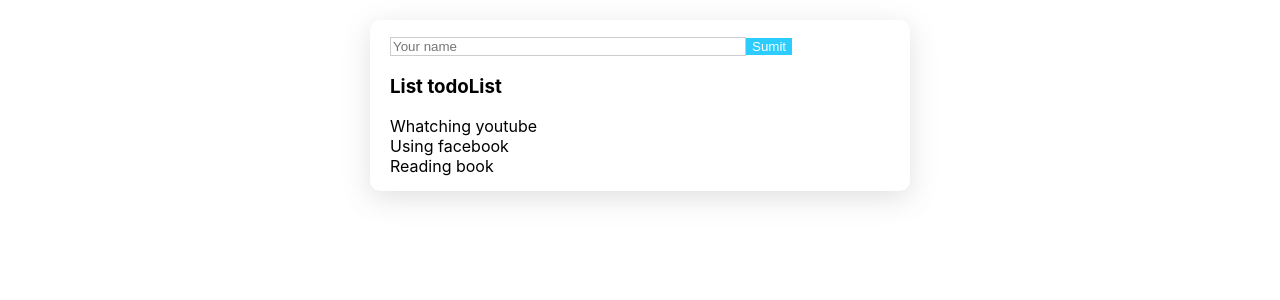
Repository: hoang0508/ReactJsHoiDanIT
Page: /
An editor plug-in stored every save of this project. The page is shown before and after the next save, followed by the edit.
The browser window is 1280 px wide. The pictures show the whole page.
The project was rebuilt for these pictures with package versions that can differ from the ones it lists, and the page was loaded fresh each time. Also part of the build but not shown: src/App.css.

Above is the page before, as saved 2022-02-04 16:20:32.

### src/App.js
// import logo from "./logo.svg";
import "./App.css";
import TodoList from "./components/TodoApp/TodoList";

const App = () => {
  return <TodoList />;
};

export default App;

### src/components/TodoApp/TodoList.js
import React, { useState } from "react";
import "./TodoList.scss";
const TodoList = () => {
  const [nameTodo, setNameTodo] = useState("");
  const [listTodo, setListTodo] = useState([
    {
      id: 1,
      name: "Whatching youtube",
    },
    {
      id: 2,
      name: "Using facebook",
    },
    {
      id: 3,
      name: "Reading book",
    },
  ]);
  console.log(">> check data:", listTodo);
  const handleChangeTodo = (e) => {
    setNameTodo(e.target.value);
  };
  const handleClickTodo = (e) => {
    let todoItem = {
      id: Math.floor(Math.random() * 1000),
      name: nameTodo,
    };
    setListTodo([...listTodo, todoItem]);
  };
  return (
    <>
      <div className="todo">
        <form>
          <input
            className="todo-input"
            type="text"
            placeholder="Your name"
            // value={nameTodo}
            onChange={(e) => handleChangeTodo(e)}
          />
          <button
            className="todo-btn"
            type="button"
            onClick={(e) => handleClickTodo(e)}
          >
            Sumit
          </button>
        </form>
        <div>
          <h3 className="todo-list">List todoList</h3>
          {listTodo &&
            listTodo.length > 0 &&
            listTodo.map((item, index) => (
              <div key={item.id} className="todo-item">
                <div className="todo-name">{item.name}</div>
              </div>
            ))}
        </div>
      </div>
    </>
  );
};

// class TodoList extends React.Component {
//   // Khai báo state
//   state = {
//     name: "Hoang",
//   };
//   render() {
//     return (
//       <>
//         <input
//           placeholder="Your name"
//           onChange={(e) => this.setState({ name: e.target.value })}
//         />
//         <div>Hello {this.state.name}</div>
//       </>
//     );
//   }
// }

export default TodoList;

### src/components/TodoApp/TodoList.scss
.todo {
  max-width: 500px;
  width: 100%;
  margin: 20px auto;
  padding: 15px 20px;
  background-color: #fff;
  box-shadow: rgba(100, 100, 111, 0.2) 0px 7px 29px 0px;
  border-radius: 10px;
  overflow: hidden;
  &-input {
    max-width: 350px;
    width: 100%;
    border: 1px solid #ccc;
    outline: none;
  }
  &-btn {
    border: 0;
    outline: none;
    cursor: pointer;
    background-color: #2cccff;
    color: #fff;
  }
}

Loaded but not shown: public/index.html (common file); src/index.js (common file); src/index.css (common file); src/reportWebVitals.js (common file)

After the next save:
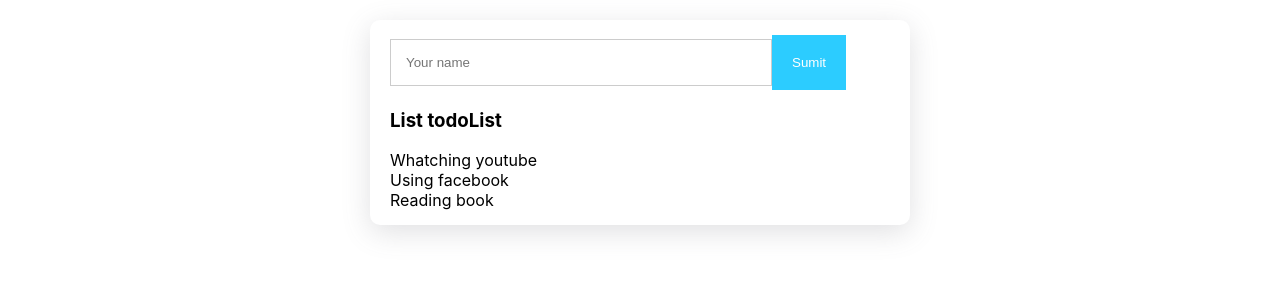
Saved 35 s later.
--- a/src/components/TodoApp/TodoList.scss
+++ b/src/components/TodoApp/TodoList.scss
@@ -12,9 +12,11 @@
     width: 100%;
     border: 1px solid #ccc;
     outline: none;
+    padding: 15px;
   }
   &-btn {
     border: 0;
+    padding: 20px;
     outline: none;
     cursor: pointer;
     background-color: #2cccff;
